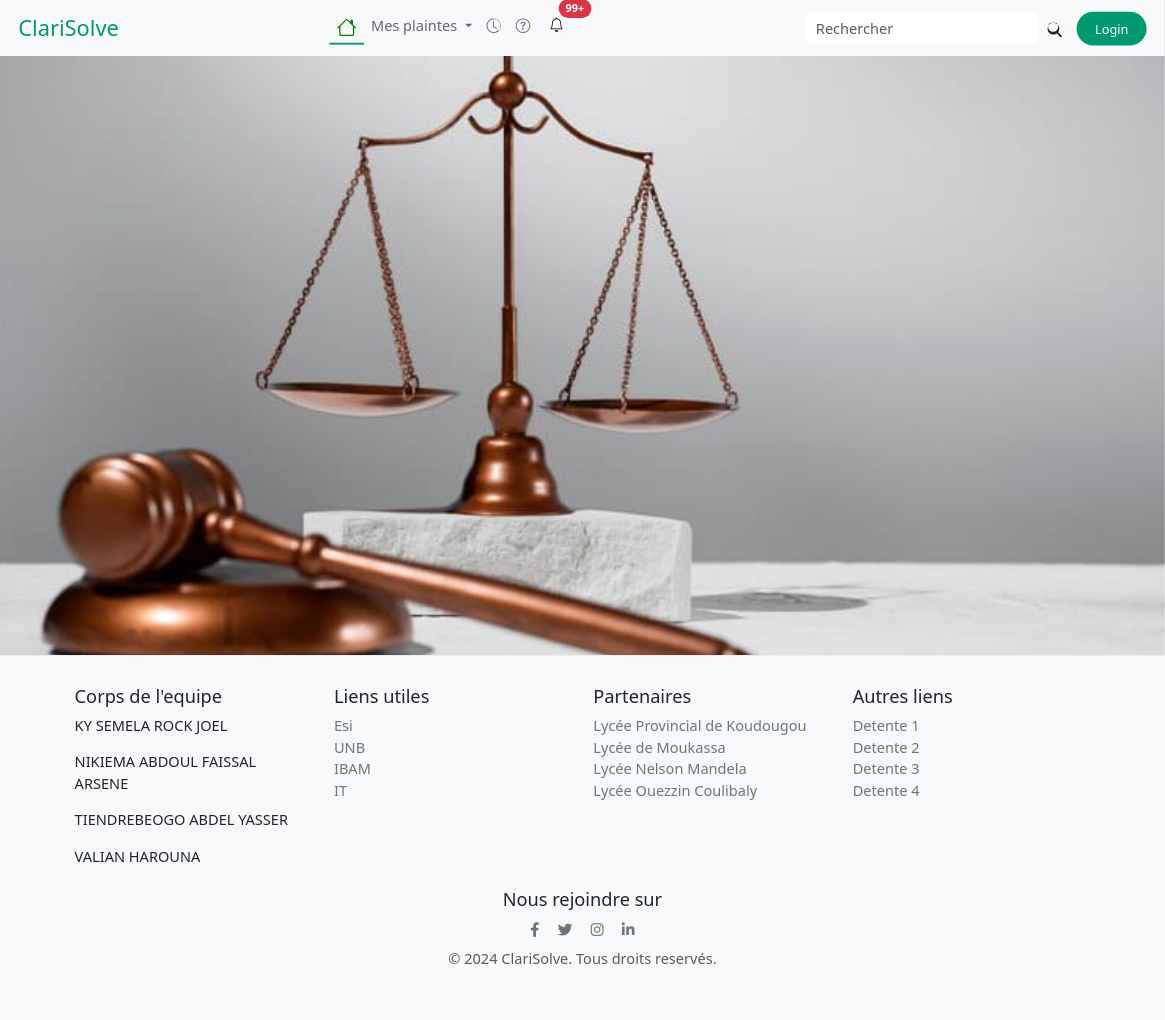
Repository: Senare1/PlaintEasy
Page: complaints/templates/complaints/home.html
These files come from the project's save history. The page is drawn as it stood at one moment and after the next save; the edit follows.
The browser window is 1280 px wide. The pictures show the whole page, at 91% of full size.
Some web libraries are served in a nearby version. The page is served by the project's application, run on Django 4.2 (manage.py). The template is opened directly, without the code that normally fills it, so the values that code supplies are empty.

Above is the page before, as saved 2024-08-02 00:26:21.

After the next save:
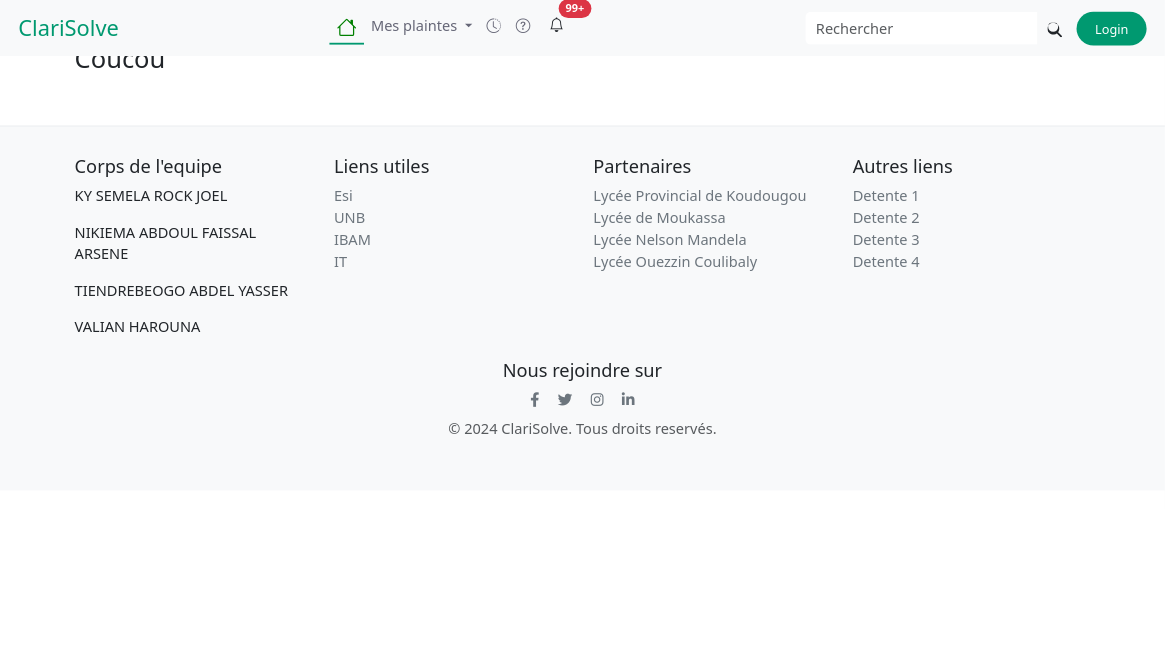
Saved 4 min 41 s later.
--- a/complaints/templates/complaints/base.html
+++ b/complaints/templates/complaints/base.html
@@ -84,9 +84,9 @@
     <!--End Navbar-->
 
     <!--Start Hero section-->
-    <div class="hero-section">
+ {% block content %}
 
-    </div>
+ {% endblock %}
     <!--End Hero section-->
 
 <!--Start Footer-->

After the save that followed:
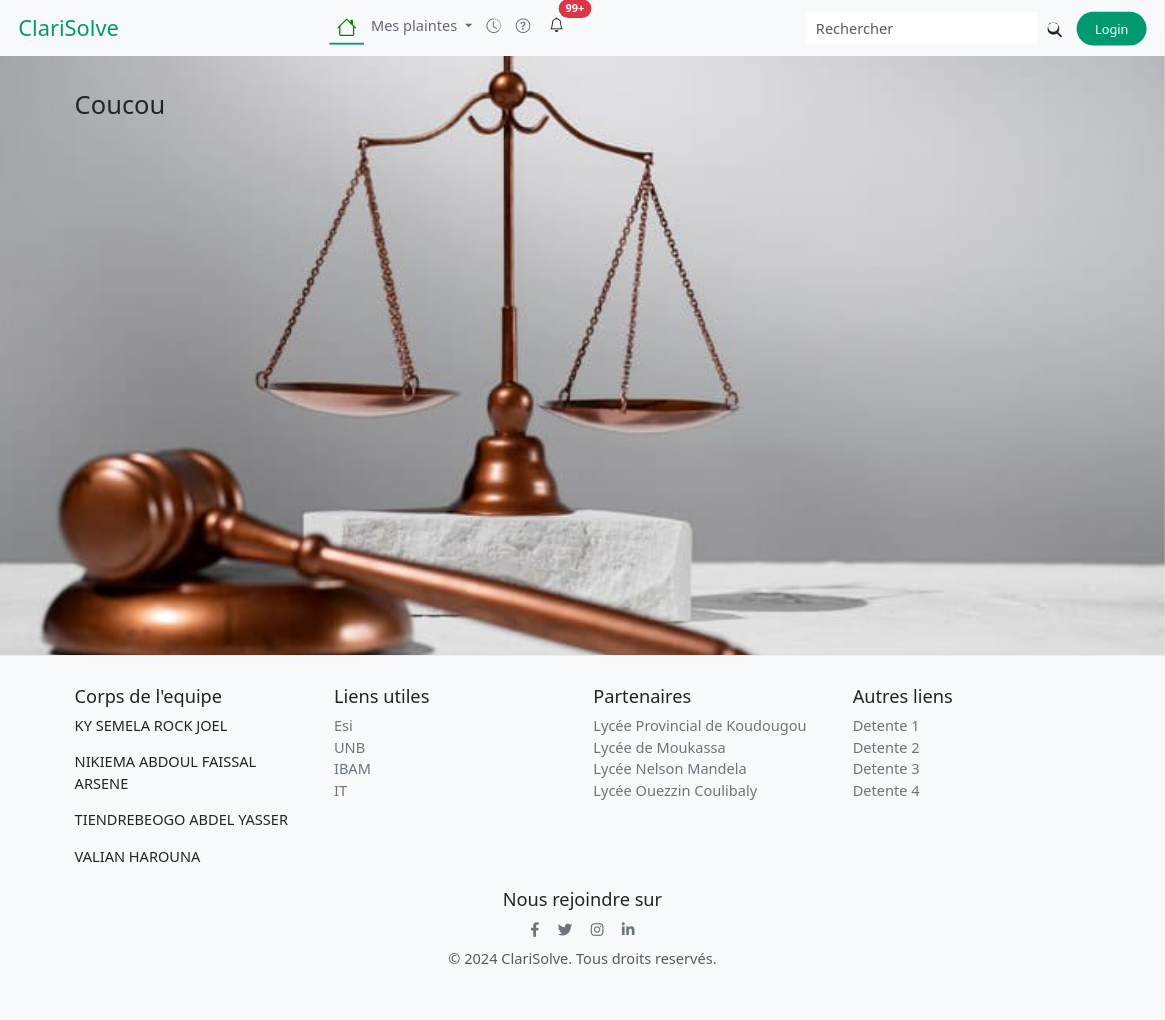
Saved 50 s later.
--- a/complaints/templates/complaints/home.html
+++ b/complaints/templates/complaints/home.html
@@ -6,9 +6,11 @@
 
 {% block content %}
 
-<div class="container">
-    <div class="row py-5">
-        <h3>Coucou</h3>
+<div class="hero-section">
+    <div class="container">
+        <div class="row py-5">
+            <h3>Coucou</h3>
+        </div>
     </div>
 </div>
 
